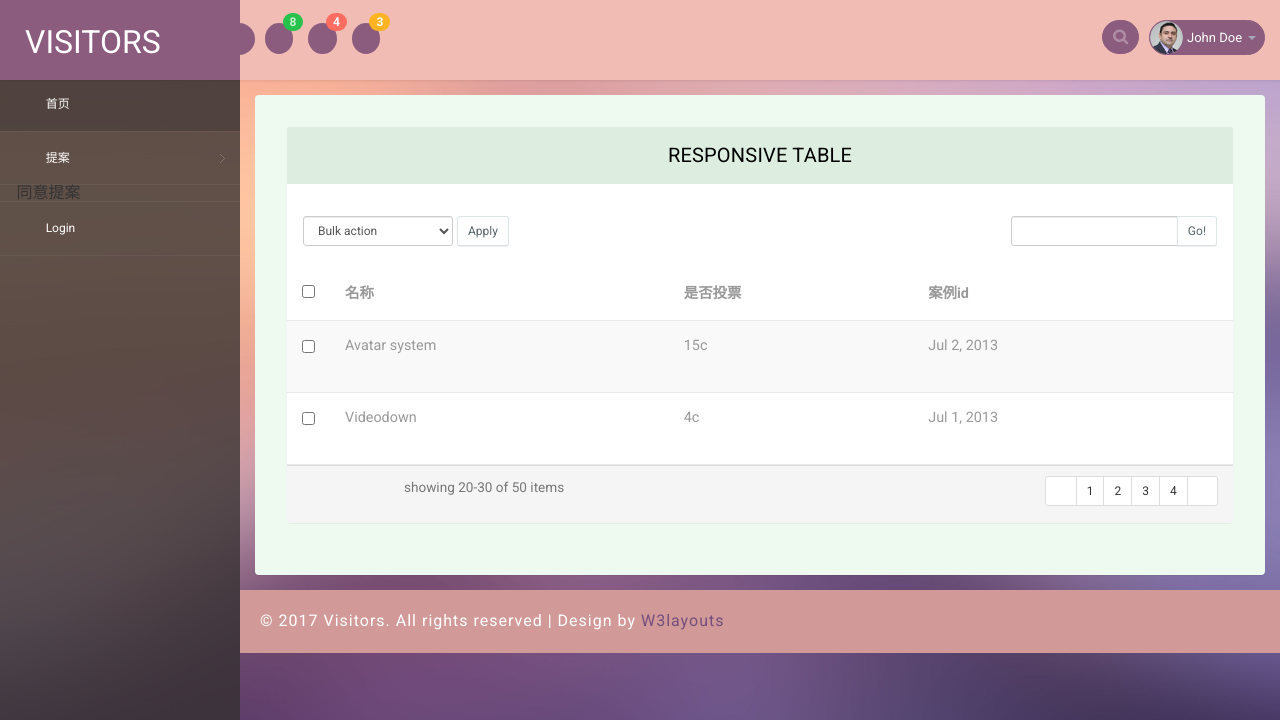
Repository: YU-YUEHAO/Lastwork
Page: DAPP/views/responsive_table.html
These files come from the project's save history. The page is drawn as it stood at one moment and after the next save; the edit follows.
The browser window is 1280 px wide. The pictures show the whole page.
Some web fonts or font styles are not loaded; a fallback is used.

Above is the page before, as saved 2021-12-01 15:48:27.

### DAPP/views/responsive_table.html
<!--A Design by W3layouts
Author: W3layout
Author URL: http://w3layouts.com
License: Creative Commons Attribution 3.0 Unported
License URL: http://creativecommons.org/licenses/by/3.0/
-->
<!DOCTYPE html>
<head>
<title>Visitors an Admin Panel Category Bootstrap Responsive Website Template | Basic_table :: w3layouts</title>
<meta name="viewport" content="width=device-width, initial-scale=1">
<meta http-equiv="Content-Type" content="text/html; charset=utf-8" />
<meta name="keywords" content="Visitors Responsive web template, Bootstrap Web Templates, Flat Web Templates, Android Compatible web template,
Smartphone Compatible web template, free webdesigns for Nokia, Samsung, LG, SonyEricsson, Motorola web design" />
<script type="application/x-javascript"> addEventListener("load", function() { setTimeout(hideURLbar, 0); }, false); function hideURLbar(){ window.scrollTo(0,1); } </script>
<!-- bootstrap-css -->
<link rel="stylesheet" href="css/bootstrap.min.css" >
<!-- //bootstrap-css -->
<!-- Custom CSS -->
<link href="css/style.css" rel='stylesheet' type='text/css' />
<link href="css/style-responsive.css" rel="stylesheet"/>
<!-- font CSS -->
<link href='//fonts.googleapis.com/css?family=Roboto:400,100,100italic,300,300italic,400italic,500,500italic,700,700italic,900,900italic' rel='stylesheet' type='text/css'>
<!-- font-awesome icons -->
<link rel="stylesheet" href="css/font.css" type="text/css"/>
<link href="css/font-awesome.css" rel="stylesheet">
<!-- //font-awesome icons -->
<script src="js/jquery2.0.3.min.js"></script>
</head>
<body>
<section id="container">
<!--header start-->
<header class="header fixed-top clearfix">
<!--logo start-->
<div class="brand">

    <a href="index.html" class="logo">
        VISITORS
    </a>
    <div class="sidebar-toggle-box">
        <div class="fa fa-bars"></div>
    </div>
</div>
<!--logo end-->

<div class="nav notify-row" id="top_menu">
    <!--  notification start -->
    <ul class="nav top-menu">
        <!-- settings start -->
        <li class="dropdown">
            <a data-toggle="dropdown" class="dropdown-toggle" href="#">
                <i class="fa fa-tasks"></i>
                <span class="badge bg-success">8</span>
            </a>
            <ul class="dropdown-menu extended tasks-bar">
                <li>
                    <p class="">You have 8 pending tasks</p>
                </li>
                <li>
                    <a href="#">
                        <div class="task-info clearfix">
                            <div class="desc pull-left">
                                <h5>Target Sell</h5>
                                <p>25% , Deadline  12 June’13</p>
                            </div>
                                    <span class="notification-pie-chart pull-right" data-percent="45">
                            <span class="percent"></span>
                            </span>
                        </div>
                    </a>
                </li>
                <li>
                    <a href="#">
                        <div class="task-info clearfix">
                            <div class="desc pull-left">
                                <h5>Product Delivery</h5>
                                <p>45% , Deadline  12 June’13</p>
                            </div>
                                    <span class="notification-pie-chart pull-right" data-percent="78">
                            <span class="percent"></span>
                            </span>
                        </div>
                    </a>
                </li>
                <li>
                    <a href="#">
                        <div class="task-info clearfix">
                            <div class="desc pull-left">
                                <h5>Payment collection</h5>
                                <p>87% , Deadline  12 June’13</p>
                            </div>
                                    <span class="notification-pie-chart pull-right" data-percent="60">
                            <span class="percent"></span>
                            </span>
                        </div>
                    </a>
                </li>
                <li>
                    <a href="#">
                        <div class="task-info clearfix">
                            <div class="desc pull-left">
                                <h5>Target Sell</h5>
                                <p>33% , Deadline  12 June’13</p>
                            </div>
                                    <span class="notification-pie-chart pull-right" data-percent="90">
                            <span class="percent"></span>
                            </span>
                        </div>
                    </a>
                </li>

                <li class="external">
                    <a href="#">See All Tasks</a>
                </li>
            </ul>
        </li>
        <!-- settings end -->
        <!-- inbox dropdown start-->
        <li id="header_inbox_bar" class="dropdown">
            <a data-toggle="dropdown" class="dropdown-toggle" href="#">
                <i class="fa fa-envelope-o"></i>
                <span class="badge bg-important">4</span>
            </a>
            <ul class="dropdown-menu extended inbox">
                <li>
                    <p class="red">You have 4 Mails</p>
                </li>
                <li>
                    <a href="#">
                        <span class="photo"><img alt="avatar" src="images/3.png"></span>
                                <span class="subject">
                                <span class="from">Jonathan Smith</span>
                                <span class="time">Just now</span>
                                </span>
                                <span class="message">
                                    Hello, this is an example msg.
                                </span>
                    </a>
                </li>
                <li>
                    <a href="#">
                        <span class="photo"><img alt="avatar" src="images/1.png"></span>
                                <span class="subject">
                                <span class="from">Jane Doe</span>
                                <span class="time">2 min ago</span>
                                </span>
                                <span class="message">
                                    Nice admin template
                                </span>
                    </a>
                </li>
                <li>
                    <a href="#">
                        <span class="photo"><img alt="avatar" src="images/3.png"></span>
                                <span class="subject">
                                <span class="from">Tasi sam</span>
                                <span class="time">2 days ago</span>
                                </span>
                                <span class="message">
                                    This is an example msg.
                                </span>
                    </a>
                </li>
                <li>
                    <a href="#">
                        <span class="photo"><img alt="avatar" src="images/2.png"></span>
                                <span class="subject">
                                <span class="from">Mr. Perfect</span>
                                <span class="time">2 hour ago</span>
                                </span>
                                <span class="message">
                                    Hi there, its a test
                                </span>
                    </a>
                </li>
                <li>
                    <a href="#">See all messages</a>
                </li>
            </ul>
        </li>
        <!-- inbox dropdown end -->
        <!-- notification dropdown start-->
        <li id="header_notification_bar" class="dropdown">
            <a data-toggle="dropdown" class="dropdown-toggle" href="#">

                <i class="fa fa-bell-o"></i>
                <span class="badge bg-warning">3</span>
            </a>
            <ul class="dropdown-menu extended notification">
                <li>
                    <p>Notifications</p>
                </li>
                <li>
                    <div class="alert alert-info clearfix">
                        <span class="alert-icon"><i class="fa fa-bolt"></i></span>
                        <div class="noti-info">
                            <a href="#"> Server #1 overloaded.</a>
                        </div>
                    </div>
                </li>
                <li>
                    <div class="alert alert-danger clearfix">
                        <span class="alert-icon"><i class="fa fa-bolt"></i></span>
                        <div class="noti-info">
                            <a href="#"> Server #2 overloaded.</a>
                        </div>
                    </div>
                </li>
                <li>
                    <div class="alert alert-success clearfix">
                        <span class="alert-icon"><i class="fa fa-bolt"></i></span>
                        <div class="noti-info">
                            <a href="#"> Server #3 overloaded.</a>
                        </div>
                    </div>
                </li>

            </ul>
        </li>
        <!-- notification dropdown end -->
    </ul>
    <!--  notification end -->
</div>
<div class="top-nav clearfix">
    <!--search & user info start-->
    <ul class="nav pull-right top-menu">
        <li>
            <input type="text" class="form-control search" placeholder=" Search">
        </li>
        <!-- user login dropdown start-->
        <li class="dropdown">
            <a data-toggle="dropdown" class="dropdown-toggle" href="#">
                <img alt="" src="images/2.png">
                <span class="username">John Doe</span>
                <b class="caret"></b>
            </a>
            <ul class="dropdown-menu extended logout">
                <li><a href="#"><i class=" fa fa-suitcase"></i>Profile</a></li>
                <li><a href="#"><i class="fa fa-cog"></i> Settings</a></li>
                <li><a href="login.html"><i class="fa fa-key"></i> Log Out</a></li>
            </ul>
        </li>
        <!-- user login dropdown end -->

    </ul>
    <!--search & user info end-->
</div>
</header>
<!--header end-->
<!--sidebar start-->
<aside>
    <div id="sidebar" class="nav-collapse">
        <!-- sidebar menu start-->
        <div class="leftside-navigation">
            <ul class="sidebar-menu" id="nav-accordion">
                <li>
                    <a class="active" href="http://localhost:3000/index2">
                        <i class="fa fa-dashboard"></i>
                        <span>首页</span>
                    </a>
                </li>

                <li class="sub-menu">
                    <a href="javascript:;">
                        <i class="fa fa-th"></i>
                        <span>提案</span>
                    </a>
                    <ul class="sub">
                        <li><a href="http://localhost:3000/basic_table">发起提案</a></li>
                        <li><a href="http://localhost:3000/responsive_table">查看提案</a></li>
                    </ul>
                </li>
                <li class="sub-menu">

                        <i class="fa fa-tasks"></i>
                        <span>同意提案</span>

                    <ul class="sub">

                        <li><a href="form_validation.html">操作</a></li>

                    </ul>
                </li>
                <li>
                    <a href="login.html">
                        <i class="fa fa-user"></i>
                        <span>Login</span>
                    </a>
                </li>
            </ul>            </div>
        <!-- sidebar menu end-->
    </div>
</aside>
<!--sidebar end-->
<!--main content start-->
<section id="main-content">
	<section class="wrapper">
		<div class="table-agile-info">
  <div class="panel panel-default">
    <div class="panel-heading">
      Responsive Table
    </div>
    <div class="row w3-res-tb">
      <div class="col-sm-5 m-b-xs">
        <select class="input-sm form-control w-sm inline v-middle">
          <option value="0">Bulk action</option>
          <option value="1">Delete selected</option>
          <option value="2">Bulk edit</option>
          <option value="3">Export</option>
        </select>
        <button class="btn btn-sm btn-default">Apply</button>
      </div>
      <div class="col-sm-4">
      </div>
      <div class="col-sm-3">
        <div class="input-group">
          <input type="text" class="input-sm form-control" placeholder="Search">
          <span class="input-group-btn">
            <button class="btn btn-sm btn-default" type="button">Go!</button>
          </span>
        </div>
      </div>
    </div>
    <div class="table-responsive">
      <table class="table table-striped b-t b-light">
        <thead>
          <tr>
            <th style="width:20px;">
              <label class="i-checks m-b-none">
                <input type="checkbox"><i></i>
              </label>
            </th>
            <th>名称</th>
            <th>是否投票</th>
            <th>案例id</th>
            <th style="width:30px;"></th>
          </tr>
        </thead>
        <tbody>



          <tr>
            <td><label class="i-checks m-b-none"><input type="checkbox" name="post[]"><i></i></label></td>
            <td>Avatar system</td>
            <td>15c</td>
            <td>Jul 2, 2013</td>
            <td>
              <a href="" class="active" ui-toggle-class=""><i class="fa fa-check text-success text-active"></i><i class="fa fa-times text-danger text"></i></a>
            </td>
          </tr>
          <tr>
            <td><label class="i-checks m-b-none"><input type="checkbox" name="post[]"><i></i></label></td>
            <td>Videodown</td>
            <td>4c</td>
            <td>Jul 1, 2013</td>
            <td>
              <a href="" class="active" ui-toggle-class=""><i class="fa fa-check text-success text-active"></i><i class="fa fa-times text-danger text"></i></a>
            </td>
          </tr>
        </tbody>
      </table>
    </div>
    <footer class="panel-footer">
      <div class="row">

        <div class="col-sm-5 text-center">
          <small class="text-muted inline m-t-sm m-b-sm">showing 20-30 of 50 items</small>
        </div>
        <div class="col-sm-7 text-right text-center-xs">
          <ul class="pagination pagination-sm m-t-none m-b-none">
            <li><a href=""><i class="fa fa-chevron-left"></i></a></li>
            <li><a href="">1</a></li>
            <li><a href="">2</a></li>
            <li><a href="">3</a></li>
            <li><a href="">4</a></li>
            <li><a href=""><i class="fa fa-chevron-right"></i></a></li>
          </ul>
        </div>
      </div>
    </footer>
  </div>
</div>
</section>
 <!-- footer -->
		  <div class="footer">
			<div class="wthree-copyright">
			  <p>© 2017 Visitors. All rights reserved | Design by <a href="http://w3layouts.com">W3layouts</a></p>
			</div>
		  </div>
  <!-- / footer -->
</section>

<!--main content end-->
</section>
<script src="js/bootstrap.js"></script>
<script src="js/jquery.dcjqaccordion.2.7.js"></script>
<script src="js/scripts.js"></script>
<script src="js/jquery.slimscroll.js"></script>
<script src="js/jquery.nicescroll.js"></script>
<!--[if lte IE 8]><script language="javascript" type="text/javascript" src="js/flot-chart/excanvas.min.js"></script><![endif]-->
<script src="js/jquery.scrollTo.js"></script>
</body>
</html>

### DAPP/public/css/style-responsive.css
@media (min-width: 768px) and (max-width: 980px) {
    /*-*/
    .prd-row .action {
        right: 25px;
    }

    .hr-menu .brand{
        width: 100%;
    }

    .hr-menu .horizontal-menu {
        margin: 10px 0;
    }

    .hr-menu .hr-top-nav {
        margin-top: 10px;
        float: right;
    }
    .media-gal .item {
        width: 100%;
    }

    .media-filter {
        margin: 25px 0;
    }
}

@media (min-width: 480px) and (max-width: 767px) {
  .header{
    position: relative! important;
    margin-top: 80px ! important;
}
    .merge-header{
        margin-right: 0px !important;
    }
.brand{
    width: 100%;
    float: none;
    position: fixed;
    top: 0px;
    z-index: 1005;
}
    .sidebar-toggle-box{
        right: 10px;
    }
    .top-nav{
        margin-bottom: 20px;
    }
    .top-menu{
        margin-right: 10px;
    }
    .wrapper{
        margin-top: 0px;
    }
    ul.sidebar-menu {
        margin-top: 0px;
    }
    #sidebar{
        position: fixed !important;
        z-index: 1002;
        top: 80px;
    }
    #main-content{
        margin-left: 0px;
    }
    /*calendar*/
    .fc-button-inner {
        padding: 0;
    }
    /*-*/
    .prd-row .action {
        right: 25px;
    }

    .weather-full-info ul li {
        width: 15.8%;
    }

    .today-status {
        margin-bottom: 10px;
    }

    .hr-toggle {
        background: #32D2C9;
        color: rgba(0, 0, 0, 0.3);
        border-radius: 50%;
        -webkit-border-radius: 50%;
        height: 30px;
        line-height: 0;
        margin-top: -58px;
        position: fixed;
        right: 10px;
        width: 30px;
        z-index: 10000;
    }

    .hr-top-nav {
        display: inline-block;
        float: right;
        margin: 10px 0;
    }

    .horizontal-menu {
        width: 100%;
    }

    .horizontal-menu .navbar-nav > li {
        margin-bottom: 10px;
    }
    .lock-wrapper {
        padding: 0 20px;
    }

    .lock-wrapper img {
        width: 140px;
        height: 140px;
        margin-top: 10px;
    }

    .lock-pwd input {
        width: 70%;
    }

    #time {
        font-size: 100px;
    }
    .media-gal .item {
        width: 100%;
    }
    .media-filter {
        margin: 25px 0;
    }

    .media-filter + .pull-right, .media-filter + .pull-right + .btn  {
        float: left !important;
    }


}
@media (max-width:767px){

    .fixed-width #container, .fixed-width #container .header {
        width: 100%;
    }

    #sidebar{
        margin-left:-240px;
        -webkit-transition:all .3s ease-in-out;
        -moz-transition:all .3s ease-in-out;
        -o-transition:all .3s ease-in-out;
        transition:all .3s ease-in-out;
    }
    .hide-left-bar {
        margin-left:0px!important;
    }
    ul.sidebar-menu{
        padding-top: 0px;
    }
    /*-*/
    .prd-row .action {
        right: 25px;
    }
    .lock-wrapper {
        padding: 0 20px;
    }
    .lock-wrapper img {
        width: 140px;
        height: 140px;
        margin-top: 10px;
    }
    .lock-pwd input {
        width: 70%;
    }

    #time {
        font-size: 100px;
    }

    .media-gal .item {
        width: 100%;
    }
    .media-filter {
        margin: 25px 0;
    }

    .media-filter + .pull-right, .media-filter + .pull-right + .btn  {
        float: left !important;
    }

}
@media (max-width: 479px) {
    body{
        margin-top:80px !important;
    }
    .header{
        position: relative !important;

    }
    .merge-header{
        margin-right: 0px !important;
    }
    .brand{
        width: 100%;
        float: none;
        position: fixed;
        top: 0px;
        z-index: 1005;
    }
    .sidebar-toggle-box{
        right: 10px;
    }
    .top-nav{
        margin-bottom: 20px;
    }
    .top-menu{
        margin-right: 10px;
    }
    .wrapper{
        margin-top: 0px;
    }
    ul.sidebar-menu {
        margin-top: 0px;
    }
    #sidebar{
        position: fixed !important;
        z-index: 1002;
        top: 80px;
    }
    #main-content{
        margin-left: 0px;
    }
    .notify-row{
        float: none;
    }
    /*calendar*/
    .fc-button-inner, .fc-button-content {
        padding: 0;
    }
    .fc-header-title h2 {
        font-size: 12px!important;
    }
    .fc .fc-header-space {
        padding-left: 0;
    }
    .fc-state-active, .fc-state-active .fc-button-inner, .fc-state-active, .fc-button-today .fc-button-inner, .fc-state-hover, .fc-state-hover .fc-button-inner {
        background: none repeat scroll 0 0 #FFFFFF !important;
        color: #32323A !important;
    }
    .fc-state-default, .fc-state-default .fc-button-inner {
        background: none repeat scroll 0 0 #FFFFFF !important;
    }

    /*-*/
    .prd-row .action {
        right: 25px;
    }

    .weather-full-info ul li {
        width: 30%;
        margin-bottom: 10px;
    }

    .today-status {
        margin-bottom: 10px;
    }

    .hr-toggle {
        background: #32D2C9;
        color: rgba(0, 0, 0, 0.3);
        border-radius: 50%;
        -webkit-border-radius: 50%;
        height: 30px;
        line-height: 0;
        margin-top: -58px;
        position: fixed;
        right: 10px;
        width: 30px;
        z-index: 10000;
    }

    .hr-top-nav {
        display: inline-block;
        float: right;
        margin: 10px 0;
    }
    .horizontal-menu {
        width: 100%;
    }

    .horizontal-menu .navbar-nav > li {
        margin-bottom: 10px;
    }

    .lock-wrapper {
        padding: 0 20px;
    }
    .lock-wrapper img {
        width: 100px;
        height: 100px;
        margin-top: -25px;
    }

    .lock-pwd input {
        width: 70%;
    }

    #time {
        font-size: 50px;
    }

    .lock-pwd {
        padding: 0;
    }

    .media-gal .item {
        width: 100%;
    }

    .media-filter {
        margin: 5px 0;
    }

    .media-filter + .pull-right, .media-filter + .pull-right + .btn  {
        float: left !important;
    }

    .media-filter li a {
        margin-bottom: 10px;
        display: inline-block;
    }
}

Loaded but not shown: DAPP/public/css/bootstrap.min.css (library); DAPP/public/css/font.css (library); DAPP/public/css/font-awesome.css (library); DAPP/public/javascripts/jquery2.0.3.min.js (library); DAPP/public/javascripts/bootstrap.js (library); DAPP/public/javascripts/jquery.dcjqaccordion.2.7.js (library); DAPP/public/javascripts/jquery.slimscroll.js (library); DAPP/public/javascripts/jquery.nicescroll.js (library); DAPP/public/javascripts/jquery.scrollTo.js (library); DAPP/public/javascripts/scripts.js (290 lines, source omitted); DAPP/public/css/style.css (3146 lines, source omitted)

After the next save:
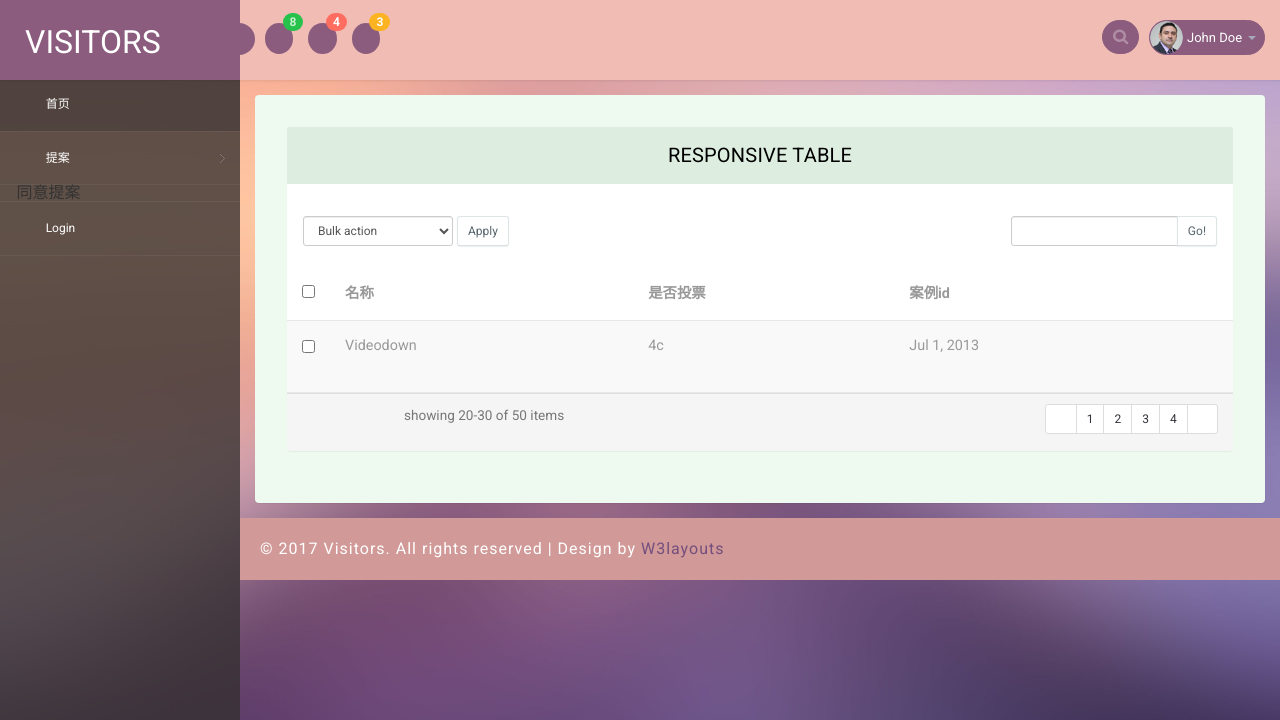
Saved 4 s later.
--- a/DAPP/views/responsive_table.html
+++ b/DAPP/views/responsive_table.html
@@ -338,16 +338,6 @@ Smartphone Compatible web template, free webdesigns for Nokia, Samsung, LG, Sony
         <tbody>
 
 
-
-          <tr>
-            <td><label class="i-checks m-b-none"><input type="checkbox" name="post[]"><i></i></label></td>
-            <td>Avatar system</td>
-            <td>15c</td>
-            <td>Jul 2, 2013</td>
-            <td>
-              <a href="" class="active" ui-toggle-class=""><i class="fa fa-check text-success text-active"></i><i class="fa fa-times text-danger text"></i></a>
-            </td>
-          </tr>
           <tr>
             <td><label class="i-checks m-b-none"><input type="checkbox" name="post[]"><i></i></label></td>
             <td>Videodown</td>
